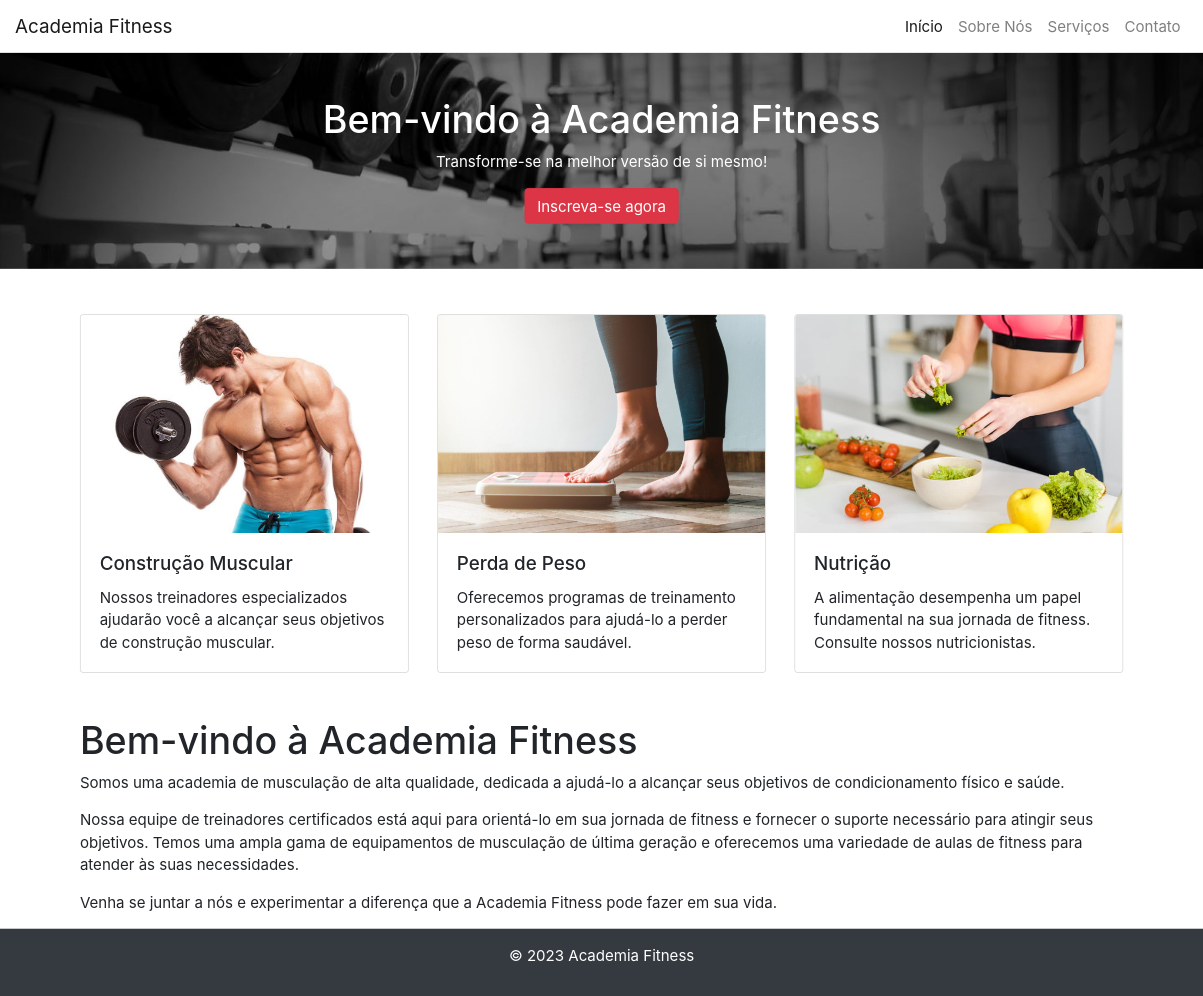
Repository: 01nethy/pratica14
Page: index.html
These files come from the project's save history. The page is drawn as it stood at one moment and after the next save; the edit follows.
The browser window is 1280 px wide. The pictures show the whole page, at 94% of full size.

Above is the page before, as saved 2023-09-08 00:04:29.

After the next save:
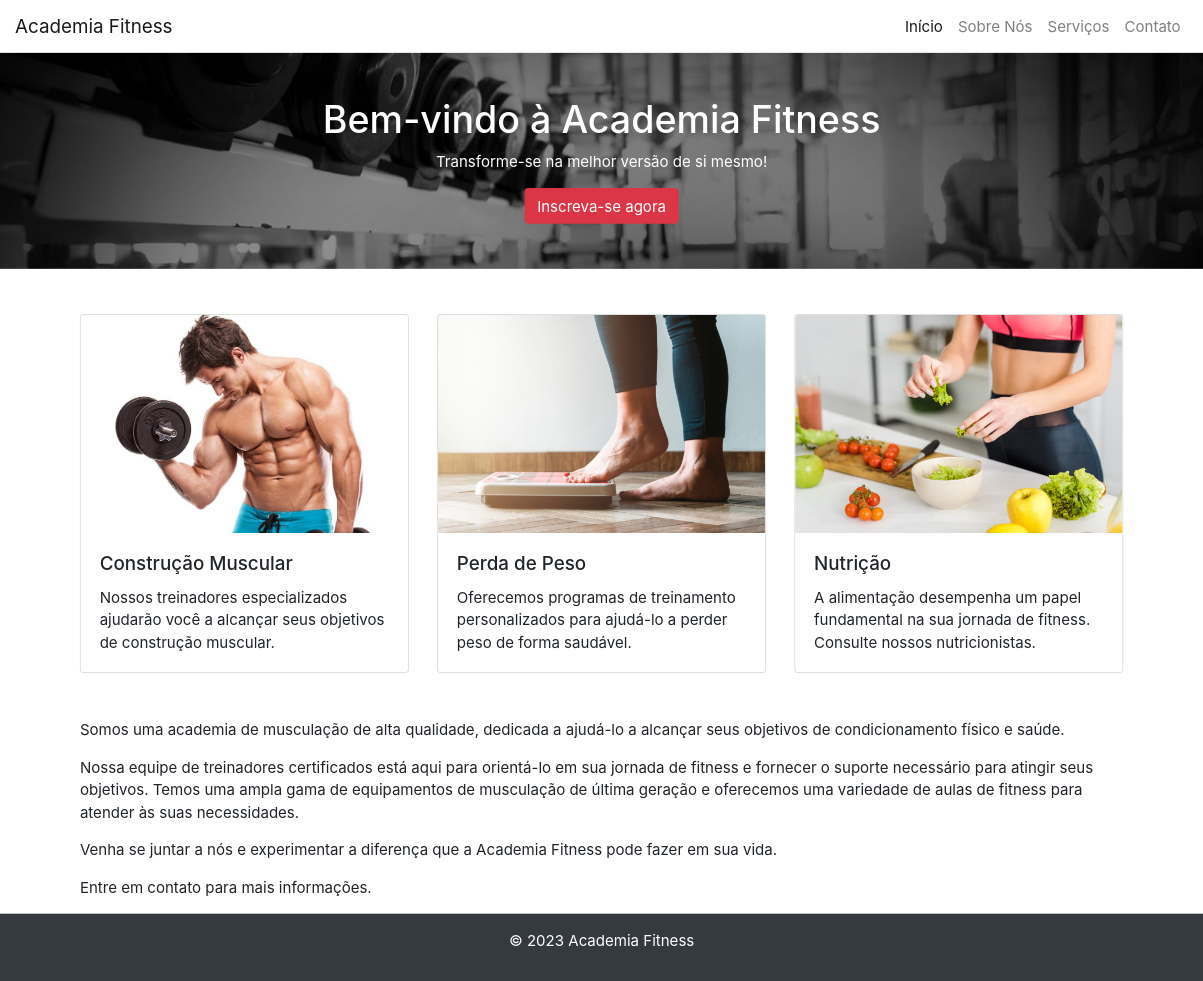
Saved 3 min 30 s later.
--- a/index.html
+++ b/index.html
@@ -73,12 +73,13 @@
     </div>
 </section>
 
-<div class="container mt-5">
-    <h1>Bem-vindo à Academia Fitness</h1>
+<div class="container mt-5 info">
     <p>Somos uma academia de musculação de alta qualidade, dedicada a ajudá-lo a alcançar seus objetivos de condicionamento físico e saúde.</p>
     <p>Nossa equipe de treinadores certificados está aqui para orientá-lo em sua jornada de fitness e fornecer o suporte necessário para atingir seus objetivos. Temos uma ampla gama de equipamentos de musculação de última geração e oferecemos uma variedade de aulas de fitness para atender às suas necessidades.</p>
     <p>Venha se juntar a nós e experimentar a diferença que a Academia Fitness pode fazer em sua vida.</p>
+    <p>Entre em contato para mais informações.</p>
 </div>
+
 
 
 <!-- Rodapé -->
